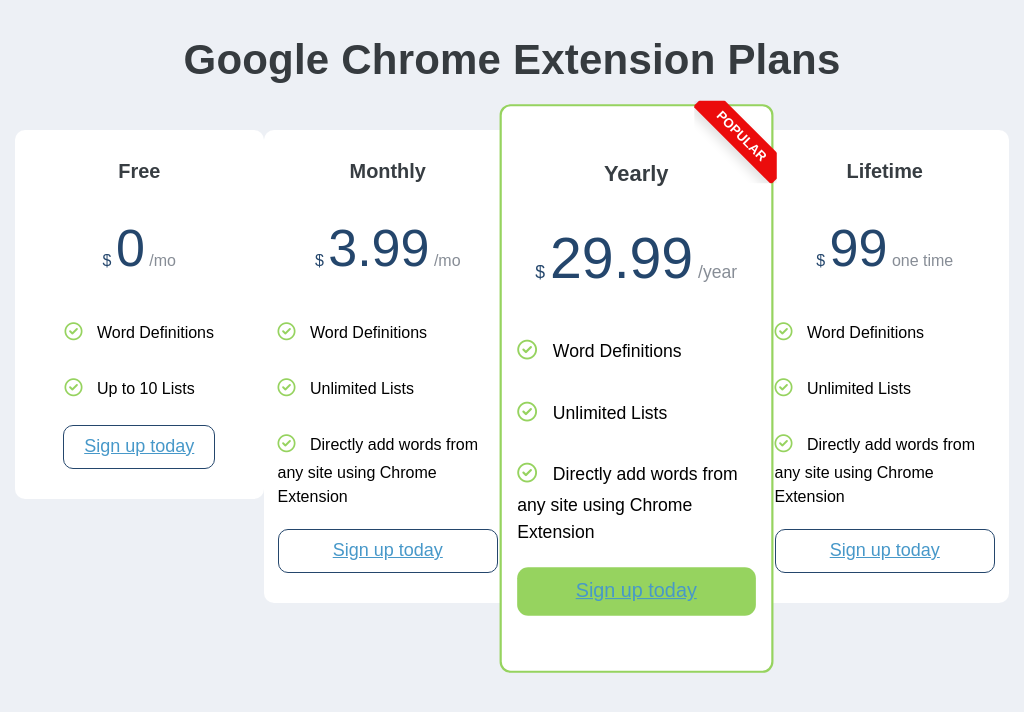
Repository: Novoselets28/chatos-test-task
Page: index.html
An editor plug-in stored every save of this project. The page is shown before and after the next save, followed by the edit.
The browser window is 1024 px wide. The pictures show the whole page.

Above is the page before, as saved 2023-04-19 23:47:17.

After the next save:
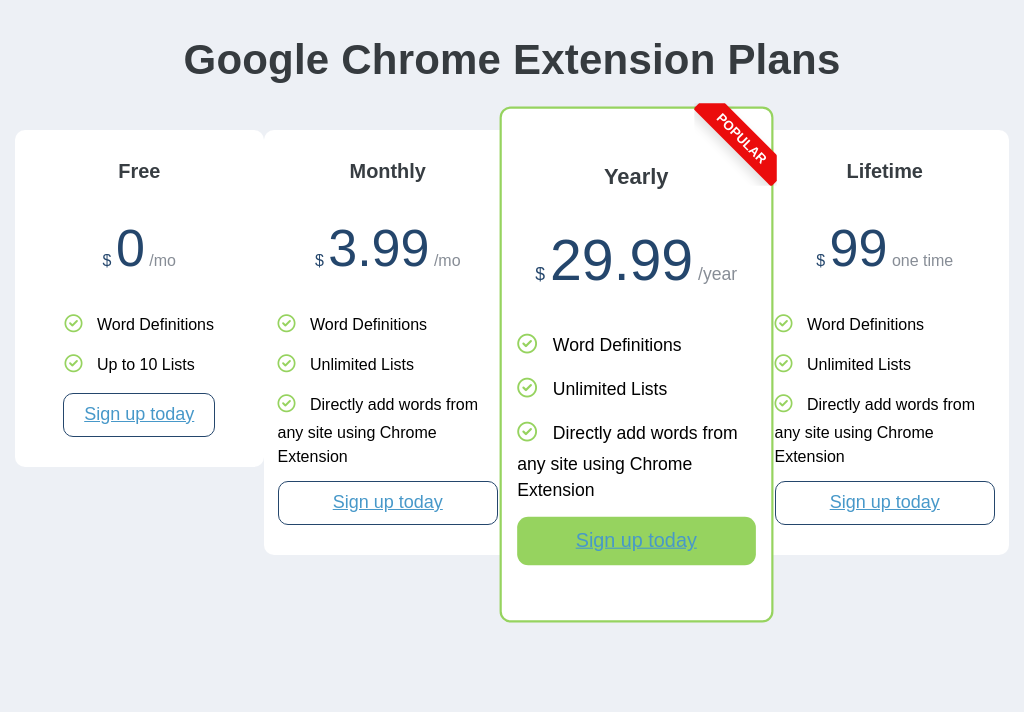
Saved 3 min 28 s later.
--- a/index.css
+++ b/index.css
@@ -194,8 +194,10 @@
     padding: 0.625rem 0;
 }
 
-.point-list__icon{
-
+@media (max-width: 1024px){
+    .point-list__item{
+        padding: 0.125rem 0;
+    }
 }
 
 .item-extension__button{
